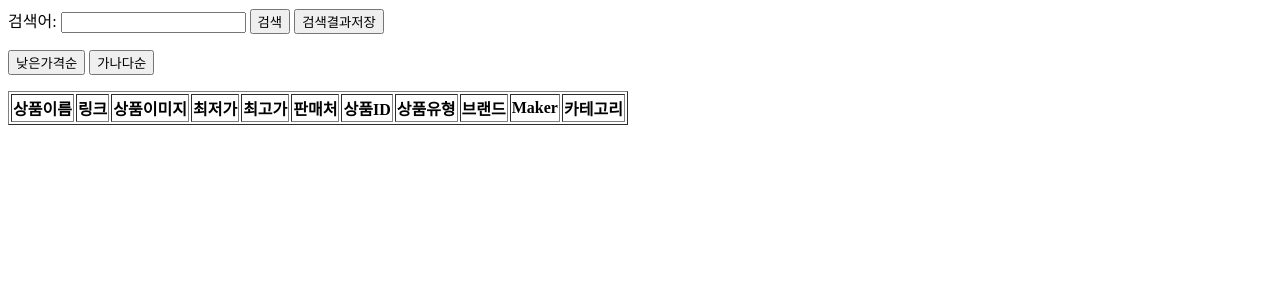
Repository: parkjiminnnn/NaverShoppingAPI
Page: http://localhost/Shop/main.jsp
An editor plug-in stored every save of this project. The page is shown before and after the next save, followed by the edit.
The browser window is 1280 px wide. The pictures show the whole page.
The page is served by Tomcat 9. Other server files are loaded and not shown.

Above is the page before, as saved 2023-11-17 12:27:40.

### Shop/WebContent/main.jsp
<%@ page language="java" contentType="text/html; charset=UTF-8" pageEncoding="UTF-8"%>
<%@page import="shop.DBconnect"%>
<%@ page import="shop.*" %>
<%@ page import="java.net.URLEncoder" %>
<%@ page import="java.util.*" %>

<%
    // 한글 깨짐 방지
    request.setCharacterEncoding("UTF-8");

    // 검색 결과를 저장할 리스트
    List<Data> searchResults = new ArrayList<>();

    // POST 메서드로 요청이 왔을 때 검색 수행
    if ("POST".equalsIgnoreCase(request.getMethod())) {
        // 사용자가 입력한 검색어 가져오기
        String searchTerm = request.getParameter("searchTerm");

        // 검색어가 비어있지 않다면 API 호출
        if (searchTerm != null && !searchTerm.isEmpty()) {
            // 네이버 API 호출
            String clientId = "iE6XydOWfru4IEU74MXl";
            String clientSecret = "m9Am_QmO2k";

            String text = URLEncoder.encode(searchTerm, "UTF-8");
            String apiURL = "https://openapi.naver.com/v1/search/shop?query="+text+"&display=100";
            Map<String, String> requestHeaders = new HashMap<>();
            requestHeaders.put("X-Naver-Client-Id", clientId);
            requestHeaders.put("X-Naver-Client-Secret", clientSecret);

            // 네이버 API 호출 메서드를 통해 결과 받아오기
            searchResults = NaverShop.parseItemsArray(NaverShop.get(apiURL, requestHeaders));
        }
    }
 // 저장 버튼이 클릭되면 DB에 저장
    if ("POST".equalsIgnoreCase(request.getMethod()) && request.getParameter("saveButton") != null) {
        DBconnect.saveToDatabase(searchResults);


%>
		<!--저장확인메시지 출력  -->
		<script>
            alert("데이터가 성공적으로 저장되었습니다.");
        </script>

<%
    }
    // 낮은가격순
   if(request.getParameter("lpriceButton") != null){
    Collections.sort(searchResults, (data1, data2) -> Integer.compare(Integer.parseInt(data1.getLprice()), Integer.parseInt(data2.getLprice())));
   }
    //가나다순
    if(request.getParameter("titleButton") != null){
    Collections.sort(searchResults, (data1, data2) -> data1.getTitle().compareTo(data2.getTitle())
    );

    }

%>




<html>
<head>
<meta charset="UTF-8">
<link rel="stylesheet" href="css/table.css">
    <title>Search Page</title>
</head>
<body>
<%
    request.setCharacterEncoding("UTF-8");
	String searchTerm = request.getParameter("searchTerm");
	if(searchTerm==null) searchTerm = "";

%>
    <form action="" method="post">
        <label for="searchTerm">검색어:</label>
        <input type="text" id="searchTerm" name="searchTerm" value="<%=searchTerm%>" required>
        <button type="submit">검색</button>
         <!-- 저장 버튼 추가 -->
    <button type="submit" name="saveButton">검색결과저장</button><p>
    <button type="submit" name="lpriceButton">낮은가격순</button>
    <button type="submit" name="titleButton">가나다순</button>

    </form>

    <%-- 검색 결과 출력 --%>
        <table border="1">
            <thead>
                <tr>
                    <th>상품이름</th>
                    <th>링크</th>
                    <th>상품이미지</th>
                    <th>최저가</th>
                    <th>최고가</th>
                    <th>판매처</th>
                    <th>상품ID</th>
                    <th>상품유형</th>
                    <th>브랜드</th>
                    <th>Maker</th>
                    <th>카테고리</th>
                </tr>
            </thead>
    <% if (searchResults != null && !searchResults.isEmpty()) { %>
            <tbody>
                <% for (Data result : searchResults) { %>
                    <tr>
                        <td><%= result.getTitle() %></td>
                        <td><a href="<%= result.getLink() %>"><%= result.getLink() %></a></td>
                        <td><img alt="이미지" src="<%= result.getImage() %>" class="shopimg"></td>
                        <td><%= result.getLprice() %></td>
                        <td><%= result.getHprice() %></td>
                        <td><%= result.getMallName() %></td>
                        <td><%= result.getProductId() %></td>
                        <td><%= result.getProductType() %></td>
                        <td><%= result.getBrand() %></td>
                        <td><%= result.getMaker() %></td>
                        <td><%= result.getCategory1() %></td>
                    </tr>
                <% } %>
            </tbody>
        </table>
    <% } else if ("POST".equalsIgnoreCase(request.getMethod())) { %>
        <p>검색결과가 없습니다..</p>
    <% } %>

</body>
</html>

### Shop/src/shop/Data.java
package shop;


public class Data {
	String title="";
	String link="";
	String image="";
	String lprice="";
	String hprice="";
	String mallName="";
	String productId="";
	String productType="";
	String brand="";
	String maker="";
	String category1 ="";
	public String getTitle() {
		return title;
	}
	public void setTitle(String title) {
		this.title = title;
	}
	public String getLink() {
		return link;
	}
	public void setLink(String link) {
		this.link = link;
	}
	public String getImage() {
		return image;
	}
	public void setImage(String image) {
		this.image = image;
	}
	public String getLprice() {
		return lprice;
	}
	public void setLprice(String lprice) {
		this.lprice = lprice;
	}
	public String getHprice() {
		return hprice;
	}
	public void setHprice(String hprice) {
		this.hprice = hprice;
	}
	public String getMallName() {
		return mallName;
	}
	public void setMallName(String mallName) {
		this.mallName = mallName;
	}
	public String getProductId() {
		return productId;
	}
	public void setProductId(String productId) {
		this.productId = productId;
	}
	public String getProductType() {
		return productType;
	}
	public void setProductType(String productType) {
		this.productType = productType;
	}
	public String getBrand() {
		return brand;
	}
	public void setBrand(String brand) {
		this.brand = brand;
	}
	public String getMaker() {
		return maker;
	}
	public void setMaker(String maker) {
		this.maker = maker;
	}
	public String getCategory1() {
		return category1;
	}
	public void setCategory1(String category1) {
		this.category1 = category1;
	}



}

### Shop/WebContent/css/table.css

.shopimg {
  width: 100px;
  height: 100px;

}

After the next save:
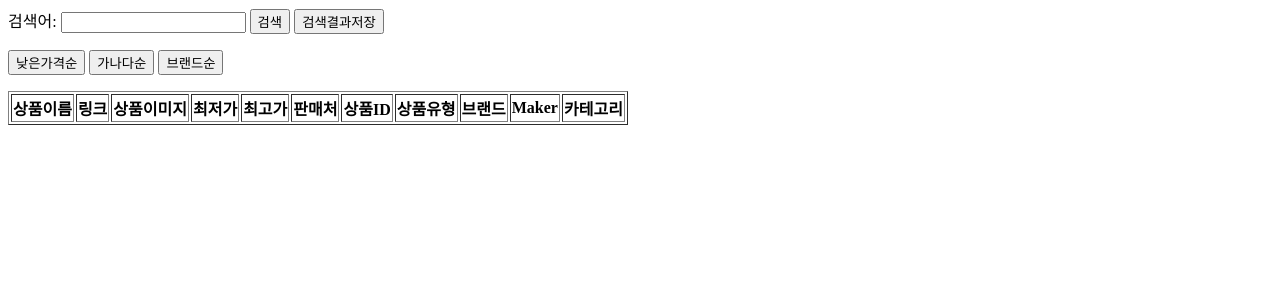
Saved 89 s later.
--- a/Shop/WebContent/main.jsp
+++ b/Shop/WebContent/main.jsp
@@ -82,6 +82,7 @@
     <button type="submit" name="saveButton">검색결과저장</button><p>
     <button type="submit" name="lpriceButton">낮은가격순</button>
     <button type="submit" name="titleButton">가나다순</button>
+    <button type="submit" name="brandButton">브랜드순</button>
 
     </form>
 
